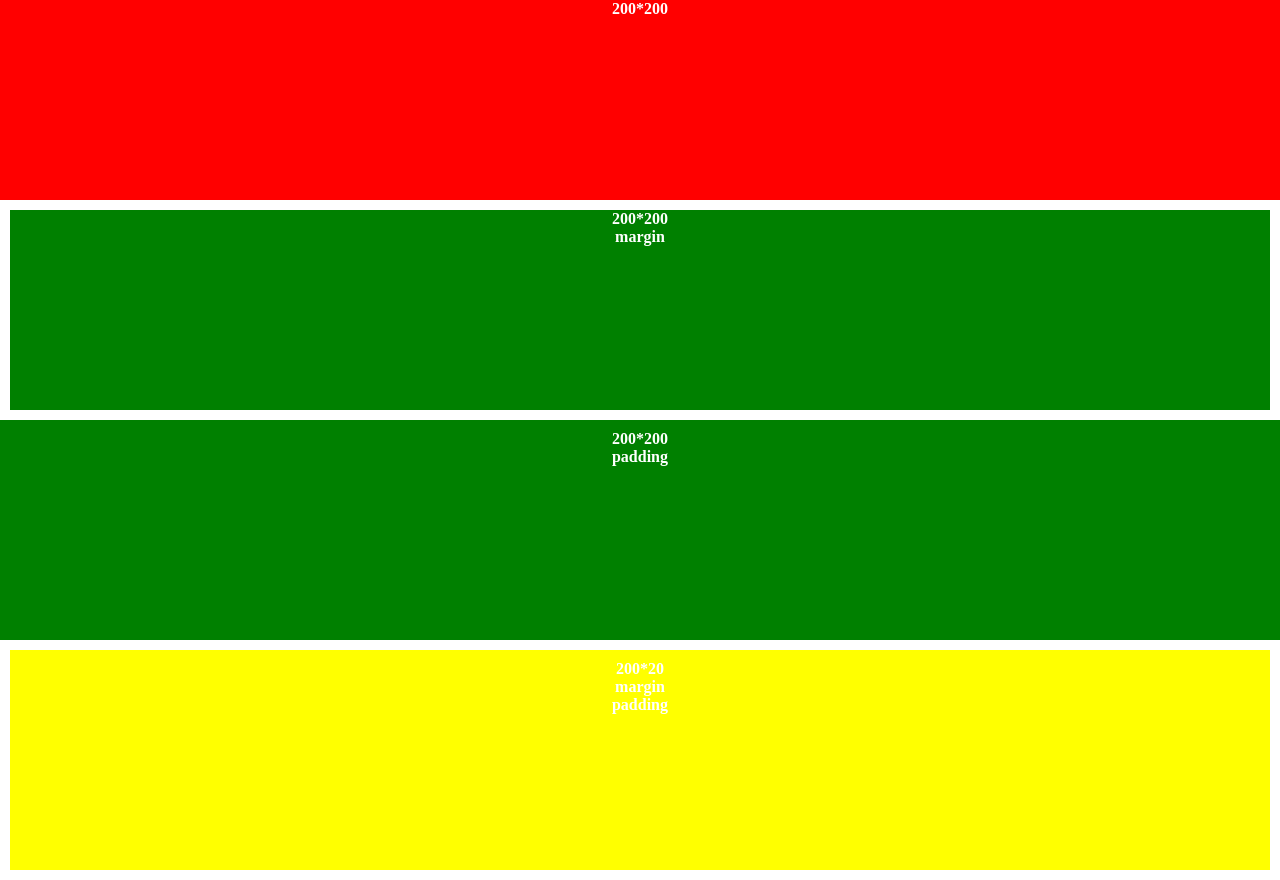
Repository: luna2222/web
Page: 01HTML5/WebContent/[10강]CSS3속성2/10_02.html
An editor plug-in stored every save of this project. The page is shown before and after the next save, followed by the edit.
The browser window is 1280 px wide. The pictures show the whole page.

Above is the page before, as saved 2019-02-20 02:41:20.

After the next save:
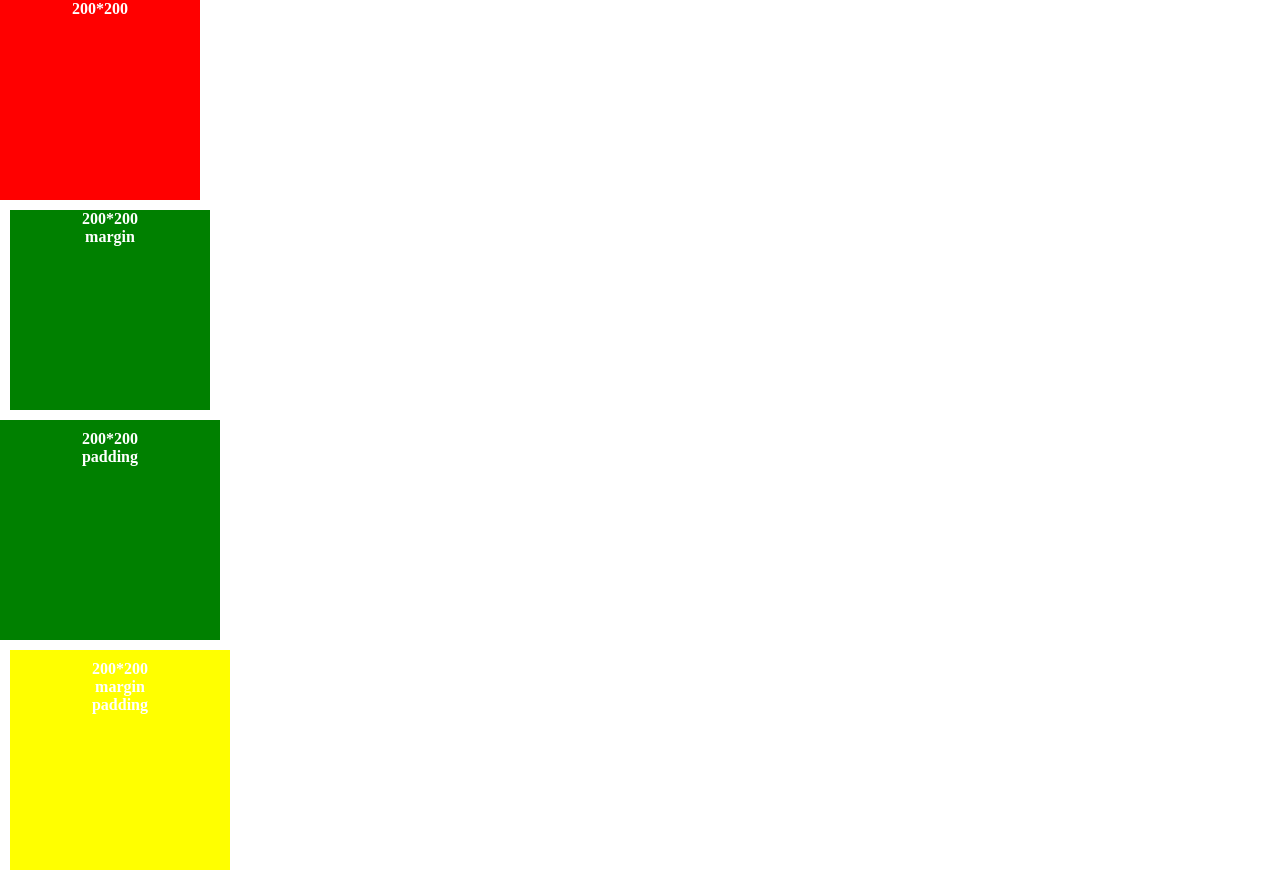
Saved 114 s later.
--- a/01HTML5/WebContent/[10강]CSS3속성2/10_02.html
+++ b/01HTML5/WebContent/[10강]CSS3속성2/10_02.html
@@ -8,7 +8,7 @@
 		 margin:0;
 		 }
 		 div{
-		  width:200pw; height:200px;
+		  width:200px; height:200px;
 		  color:#ffffff;
 		  font-weight: bold;
 		  text-align: center;
@@ -37,6 +37,6 @@
 	<div id="content1"> 200*200</div>
 	<div id="content2"> 200*200<br/>margin </div>
 	<div id="content3"> 200*200<br/>padding</div>
-	<div id="content4"> 200*20<br/>margin<br/>padding</div>
+	<div id="content4"> 200*200<br/>margin<br/>padding</div>
 </body>
 </html>
